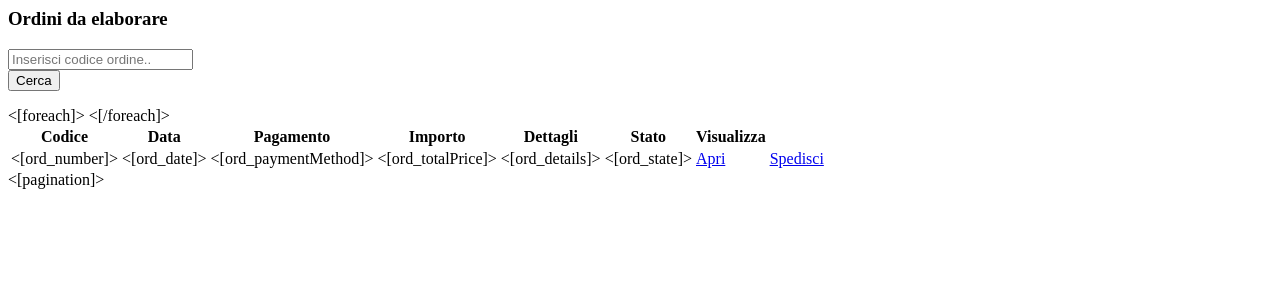
Repository: i4c0ni99/MotorShop
Page: skins/multikart_all_in_one/back-end/order.html
These files come from the project's save history. The page is drawn as it stood at one moment and after the next save; the edit follows.
The browser window is 1280 px wide. The pictures show the whole page.

Above is the page before, as saved 2024-10-21 18:08:50.

After the next save:
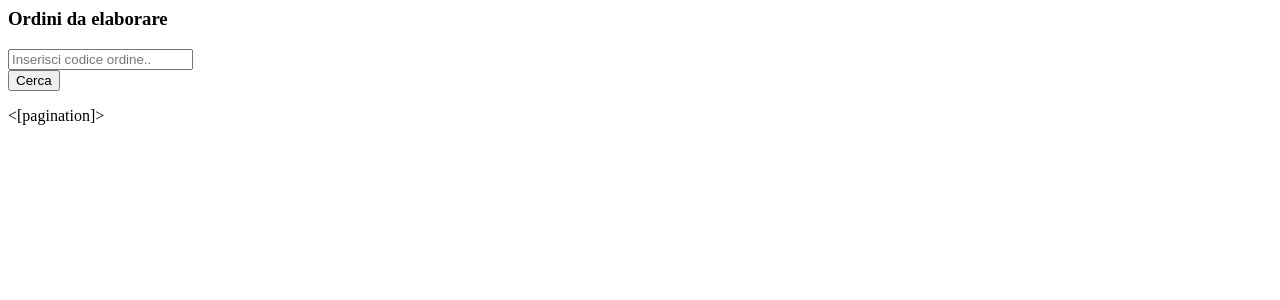
Saved 8 s later.
--- a/skins/multikart_all_in_one/back-end/order.html
+++ b/skins/multikart_all_in_one/back-end/order.html
@@ -32,37 +32,37 @@
                             </form>
                         </div>
 
-                        <div class="card-body">
-                            <div class="table-responsive table-desi">
-                                <table class="display table table-striped" id="basic-1">
-                                    <thead>
-                                        <tr>
-                                            <th>Codice</th>
-                                            <th>Data</th>
-                                            <th>Pagamento</th>
-                                            <th>Importo</th>
-                                            <th>Dettagli</th>
-                                            <th>Stato</th>
-                                            <th>Visualizza</th>
-                                            <th></th>
-                                        </tr>
-                                    </thead>
-                                    <tbody>
-                                        <[foreach]>
-                                        <tr data-row-id="<[ord_number]>">
-                                            <td><[ord_number]></td>
-                                            <td><[ord_date]></td>
-                                            <td><[ord_paymentMethod]></td>
-                                            <td><[ord_totalPrice]></td>
-                                            <td><[ord_details]></td>
-                                            <td><[ord_state]></td>
-                                            <td><a href="/MotorShop/my-orders.php?id=<[ord_id]>" class="btn btn-primary">Apri</a></td>
-                                            <td><a href="/MotorShop/orders-list.php?id=<[ord_id]>" class="btn btn-primary">Spedisci</a></td>
-                                        </tr>
-                                        <[/foreach]>
-                                    </tbody>
-                                </table>
-                            </div>
+
+
+
+
+
+
+
+
+
+
+
+
+
+
+
+
+
+
+
+
+
+
+
+
+
+
+
+
+
+
+
 
                             <!-- Sezione per la paginazione -->
                             <div class="pagination">
